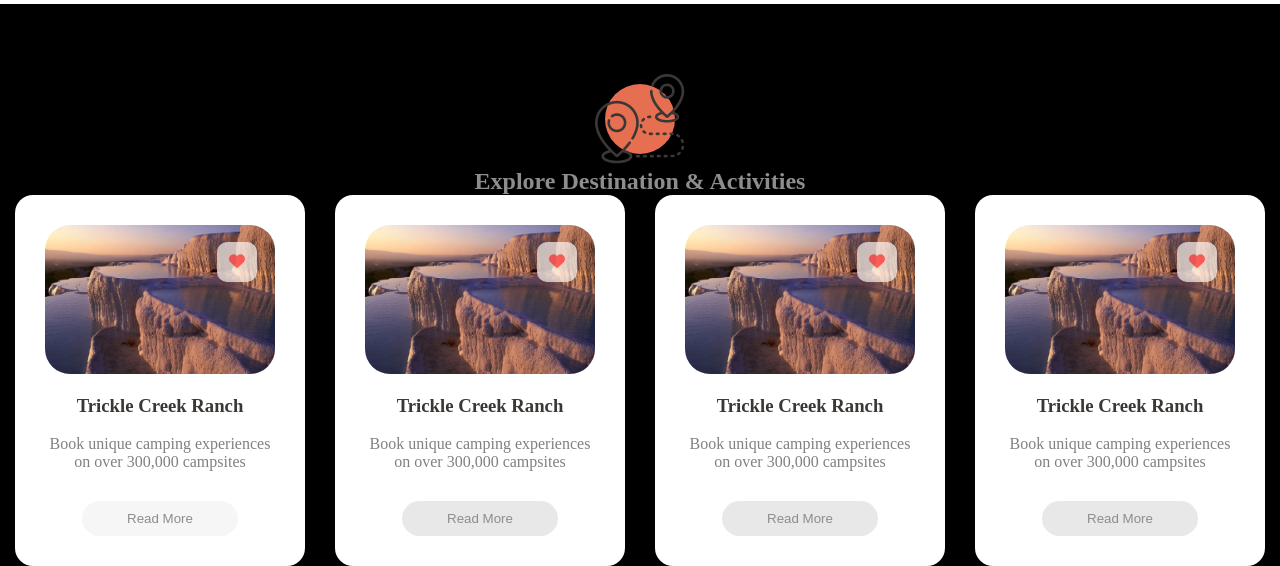
Repository: giahuy405/BC38_Camping_Pham_Gia_Huy
Page: index.html
These files come from the project's save history. The page is drawn as it stood at one moment and after the next save; the edit follows.
The browser window is 1280 px wide. The pictures show the part of the page from y = 692 to 1258 px (the page is 1258 px tall).
The pointer rests on the first visible `button`.

Above is the page before, as saved 2022-09-13 19:17:21.

After the next save:
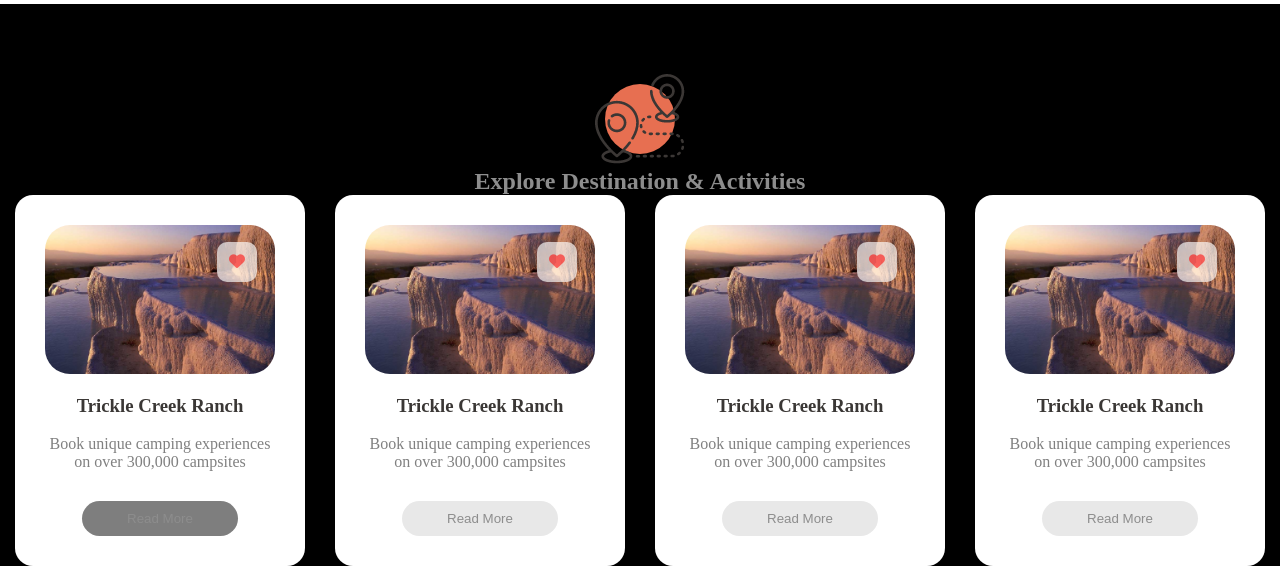
Saved 9 s later.
--- a/css/index.css
+++ b/css/index.css
@@ -91,5 +91,5 @@
     margin-top: 30px;
 }
 button:hover{
-    background-color: #e8e8e867;
+    background-color: #7e7e7e;
 }
